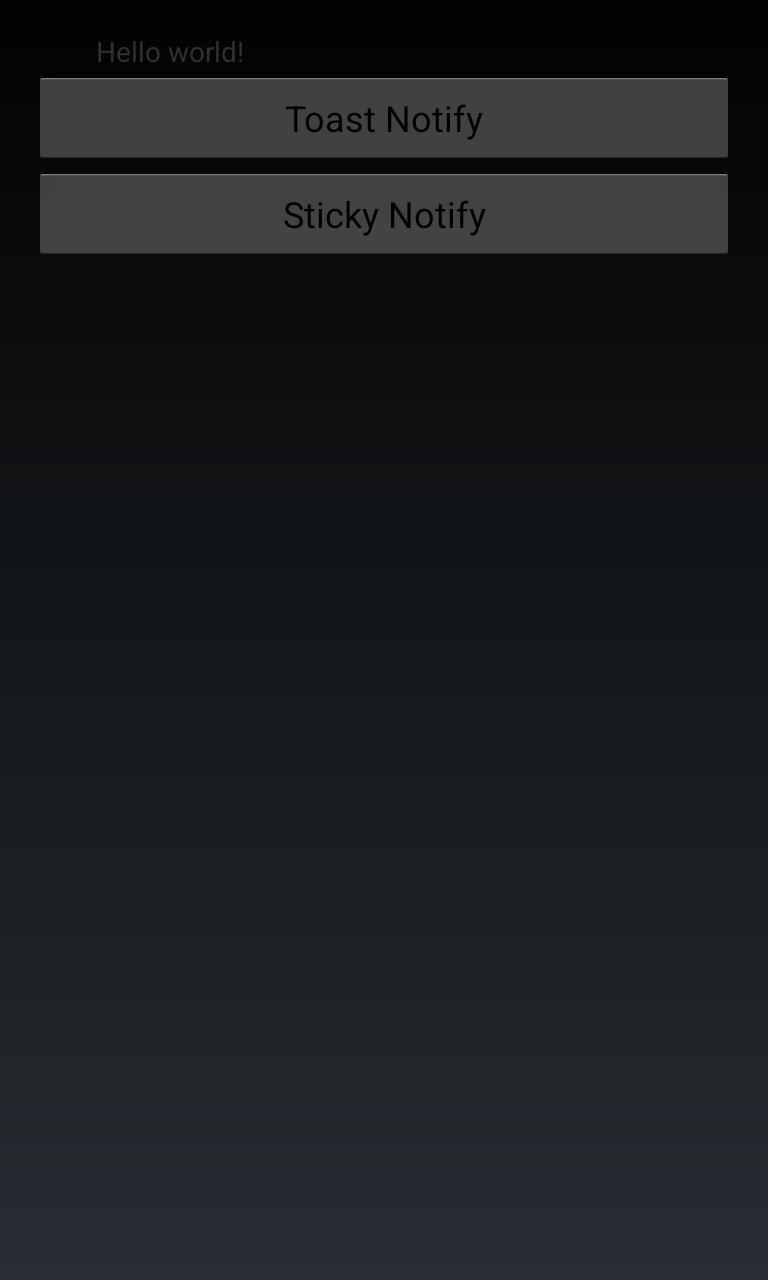
Repository: zubke/NotifyLib
Layout: Android-NotifySample/res/layout/activity_main.xml
The author's editor kept a copy of each file at every save. The layout is drawn from the files as they stood at one save, then again after the next save.
It is drawn on a 768 x 1280 px phone screen (xhdpi) without system bars, with theme AppTheme; the app's code is not run.

Above is the layout before, as saved 2013-10-07 19:20:58.

After the next save:
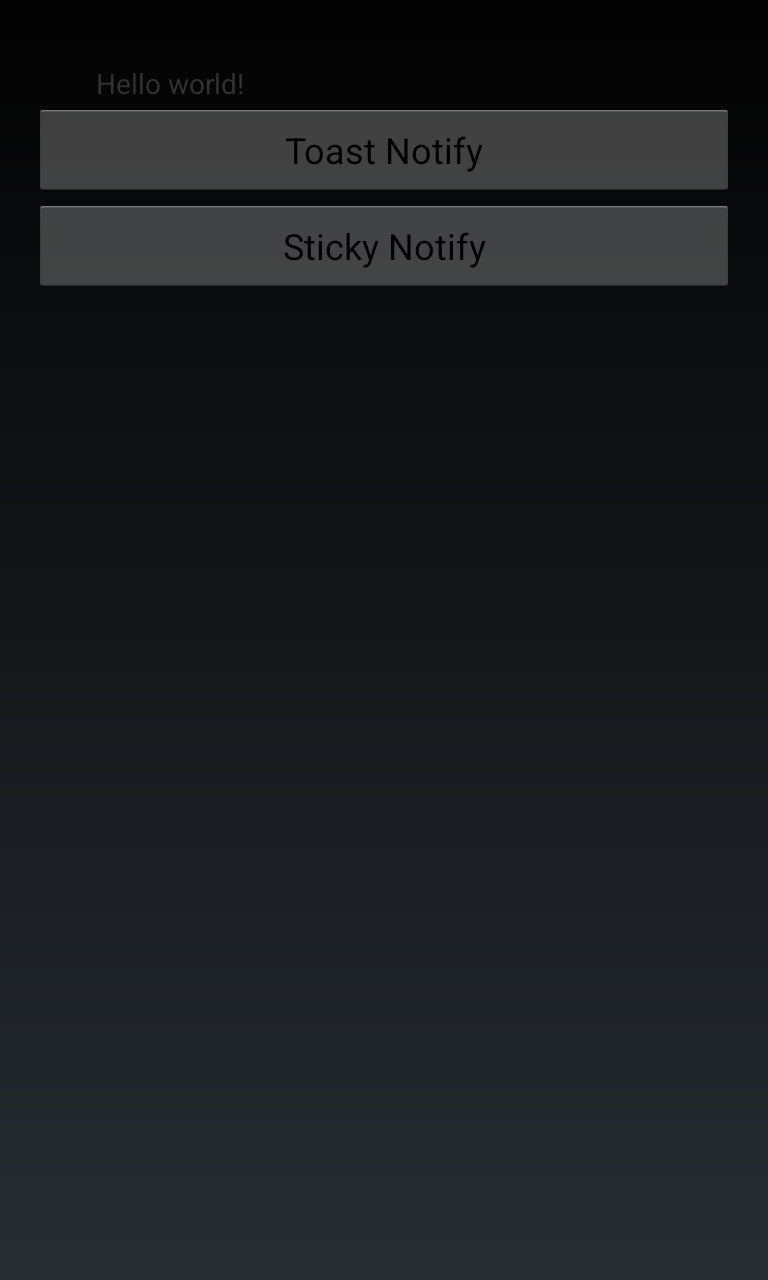
Saved 17 s later.
--- a/Android-NotifySample/res/layout/activity_main.xml
+++ b/Android-NotifySample/res/layout/activity_main.xml
@@ -16,7 +16,7 @@
             android:id="@+id/textView1"
             android:layout_width="wrap_content"
             android:layout_height="wrap_content"
-            android:layout_marginLeft="@dimen/title_margin_left"
+    		style="@style/Title"
             android:text="@string/hello_world" />
 
         <Button
